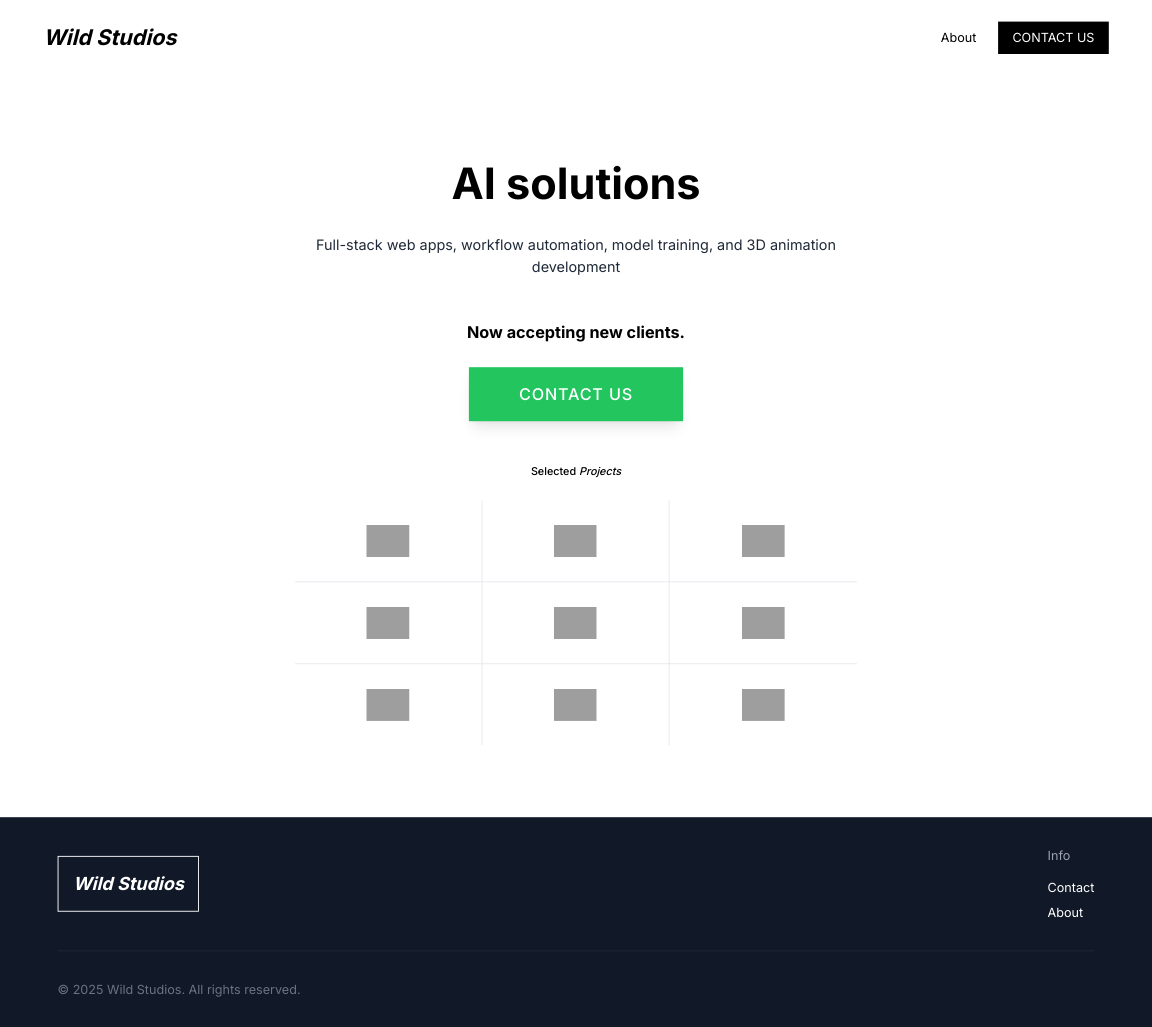
Repository: wpulier/wildstudio
Page: /
The author's editor kept a copy of each file at every save. The page is drawn from the files as they stood at one save, then again after the next save.
The browser window is 1280 px wide. The pictures show the whole page, at 90% of full size.
Pictures or frames that could not be fetched are drawn as grey boxes. The project was rebuilt for these pictures with package versions that can differ from the ones it lists, and the page was loaded fresh each time. The framework's server and built-in components were replaced by stand-ins that run in the browser. Also part of the build but not shown: next.config.mjs.

Above is the page before, as saved 2025-03-01 14:06:33.

### src/app/layout.tsx
import type { Metadata } from "next";
import { Inter } from "next/font/google";
import "./globals.css";
import Footer from "./components/Footer";
import Navigation from "./components/Navigation";

const inter = Inter({ subsets: ["latin"] });

export const metadata: Metadata = {
  title: "Wild Studios | Design for the Digital Age",
  description: "Wild Studios designs products for the future. From digital interfaces to brand identities to immersive apps.",
};

export default function RootLayout({
  children,
}: Readonly<{
  children: React.ReactNode;
}>) {
  return (
    <html lang="en">
      <body className={inter.className}>
        <div className="flex flex-col min-h-screen">
          <Navigation />
          <main className="flex-grow mb-8">
            {children}
          </main>
          <Footer />
        </div>
      </body>
    </html>
  );
}

### src/app/page.tsx
import Link from 'next/link';
import { projects } from '@/data/projects';

export default function Home() {
  return (
    <>
      {/* Hero Section */}
      <section className="flex flex-col items-center justify-center text-center px-4 mt-12 md:mt-24">
        <h1 className="text-3xl md:text-5xl font-bold max-w-3xl">
          AI solutions
        </h1>

        <p className="mt-6 md:mt-8 max-w-2xl text-center text-sm md:text-base text-gray-800">
          Full-stack web apps, workflow automation, model training, and 3D animation development
        </p>

        {/* CTA Section */}
        <div className="mt-12 max-w-2xl mx-auto">
          <p className="mb-6 font-bold text-lg">Now accepting new clients.</p>
          <Link
            href="/contact"
            className="inline-block bg-green-500 hover:bg-green-600 text-white py-4 px-14 uppercase tracking-wider text-base md:text-lg font-medium transition-colors duration-200 shadow-lg hover:shadow-xl"
          >
            CONTACT US
          </Link>
        </div>
      </section>

      {/* Projects Grid Section */}
      <section className="px-4 md:px-6 py-8 md:py-12 mx-auto w-full max-w-2xl">
        <h2 className="text-xs font-medium text-center mb-6">
          Selected <span className="italic">Projects</span>
        </h2>

        {/* Project Grid */}
        <div className="mx-auto">
          <div className="grid grid-cols-3 mx-auto">
            {projects.map((project, index) => {
              // Calculate border classes based on position
              const isRightBorder = index % 3 !== 2; // Not last in row
              const isBottomBorder = index < 6; // Not in bottom row

              return (
                <Link
                  key={index}
                  href={`/projects/${project.slug}`}
                  className={`
                    block
                    ${isRightBorder ? 'border-r border-gray-200' : ''}
                    ${isBottomBorder ? 'border-b border-gray-200' : ''}
                  `}
                >
                  <div className="h-[90px] w-full flex justify-center items-center group">
                    <img
                      src={project.logo}
                      alt={project.name}
                      className="w-[40%] h-[40%] object-contain transition-transform duration-200
                               group-hover:scale-110"
                    />
                  </div>
                </Link>
              );
            })}
          </div>
        </div>
      </section>
    </>
  );
}

### src/app/globals.css
@tailwind base;
@tailwind components;
@tailwind utilities;

:root {
  --foreground-rgb: 0, 0, 0;
  --background-rgb: 255, 255, 255;
}

body {
  color: rgb(var(--foreground-rgb));
  background: rgb(var(--background-rgb));
}

a {
  transition: color 0.2s ease;
}

button {
  transition: opacity 0.2s ease;
}

button:hover {
  opacity: 0.9;
}

### src/app/components/Footer.tsx
import Link from 'next/link';

export default function Footer() {
  return (
    <footer className="bg-gray-900 text-white py-6 md:py-8 px-4 md:px-12">
      <div className="max-w-6xl mx-auto">
        <div className="flex flex-col md:flex-row md:justify-between md:items-center">
          {/* Logo */}
          <div className="mb-6 md:mb-0">
            <div className="border border-white p-3 md:p-4 inline-block">
              <span className="text-lg md:text-xl italic font-bold">Wild Studios</span>
            </div>
          </div>

          {/* Simplified Navigation */}
          <div>
            <h4 className="text-xs md:text-sm text-gray-400 mb-2 md:mb-4">Info</h4>
            <ul className="space-y-1 md:space-y-2 text-sm">
              <li><Link href="/contact" className="hover:underline">Contact</Link></li>
              <li><Link href="/about" className="hover:underline">About</Link></li>
            </ul>
          </div>
        </div>

        <div className="mt-6 md:mt-8 pt-4 md:pt-8 border-t border-gray-800 text-xs md:text-sm text-gray-500">
          © {new Date().getFullYear()} Wild Studios. All rights reserved.
        </div>
      </div>
    </footer>
  );
}

### src/app/components/Navigation.tsx
import Link from 'next/link';

export default function Navigation() {
  return (
    <header className="flex justify-between items-center py-4 md:py-6 px-4 md:px-12">
      <Link href="/" className="text-xl md:text-2xl font-bold italic">
        Wild Studios
      </Link>
      <nav className="flex items-center space-x-3 md:space-x-6">
        <Link href="/about" className="text-sm hover:underline">About</Link>
        <Link href="/contact" className="text-sm bg-black text-white px-3 py-1.5 md:px-4 md:py-2">
          CONTACT US
        </Link>
      </nav>
    </header>
  );
}

### src/data/projects.ts
export interface Project {
  name: string;
  slug: string;
  logo: string;
  description: string;
}

export const projects: Project[] = [
  {
    name: "Spotify",
    slug: "spotify",
    logo: "https://upload.wikimedia.org/wikipedia/commons/thumb/8/84/Spotify_icon.svg/232px-Spotify_icon.svg.png",
    description: "Redesigning the listening experience"
  },
  {
    name: "Adobe",
    slug: "adobe",
    logo: "https://upload.wikimedia.org/wikipedia/commons/thumb/8/8d/Adobe_Corporate_Logo.png/220px-Adobe_Corporate_Logo.png",
    description: "Reimagining creative tools"
  },
  {
    name: "Tesla",
    slug: "tesla",
    logo: "https://upload.wikimedia.org/wikipedia/commons/thumb/b/bd/Tesla_Motors.svg/220px-Tesla_Motors.svg.png",
    description: "Future of automotive interfaces"
  },
  {
    name: "Airbnb",
    slug: "airbnb",
    logo: "https://upload.wikimedia.org/wikipedia/commons/thumb/6/69/Airbnb_Logo_B%C3%A9lo.svg/220px-Airbnb_Logo_B%C3%A9lo.svg.png",
    description: "Revolutionizing travel experiences"
  },
  {
    name: "Apple",
    slug: "apple",
    logo: "https://upload.wikimedia.org/wikipedia/commons/thumb/f/fa/Apple_logo_black.svg/220px-Apple_logo_black.svg.png",
    description: "Designing next-gen devices"
  },
  {
    name: "Slack",
    slug: "slack",
    logo: "https://upload.wikimedia.org/wikipedia/commons/thumb/d/d5/Slack_icon_2019.svg/220px-Slack_icon_2019.svg.png",
    description: "Transforming workplace communication"
  },
  {
    name: "Netflix",
    slug: "netflix",
    logo: "https://upload.wikimedia.org/wikipedia/commons/thumb/0/08/Netflix_2015_logo.svg/220px-Netflix_2015_logo.svg.png",
    description: "Reimagining streaming experiences"
  },
  {
    name: "Google",
    slug: "google",
    logo: "https://upload.wikimedia.org/wikipedia/commons/thumb/2/2f/Google_2015_logo.svg/220px-Google_2015_logo.svg.png",
    description: "Creating the search of tomorrow"
  },
  {
    name: "Twitter",
    slug: "twitter",
    logo: "https://upload.wikimedia.org/wikipedia/commons/thumb/6/6f/Logo_of_Twitter.svg/220px-Logo_of_Twitter.svg.png",
    description: "Redefining social conversations"
  }
];

### tailwind.config.js
/** @type {import('tailwindcss').Config} */
module.exports = {
  content: [
    "./src/app/**/*.{js,ts,jsx,tsx}",
    "./src/pages/**/*.{js,ts,jsx,tsx}",
    "./src/components/**/*.{js,ts,jsx,tsx}",
  ],
  theme: {
    extend: {},
  },
  plugins: [],
}

After the next save:
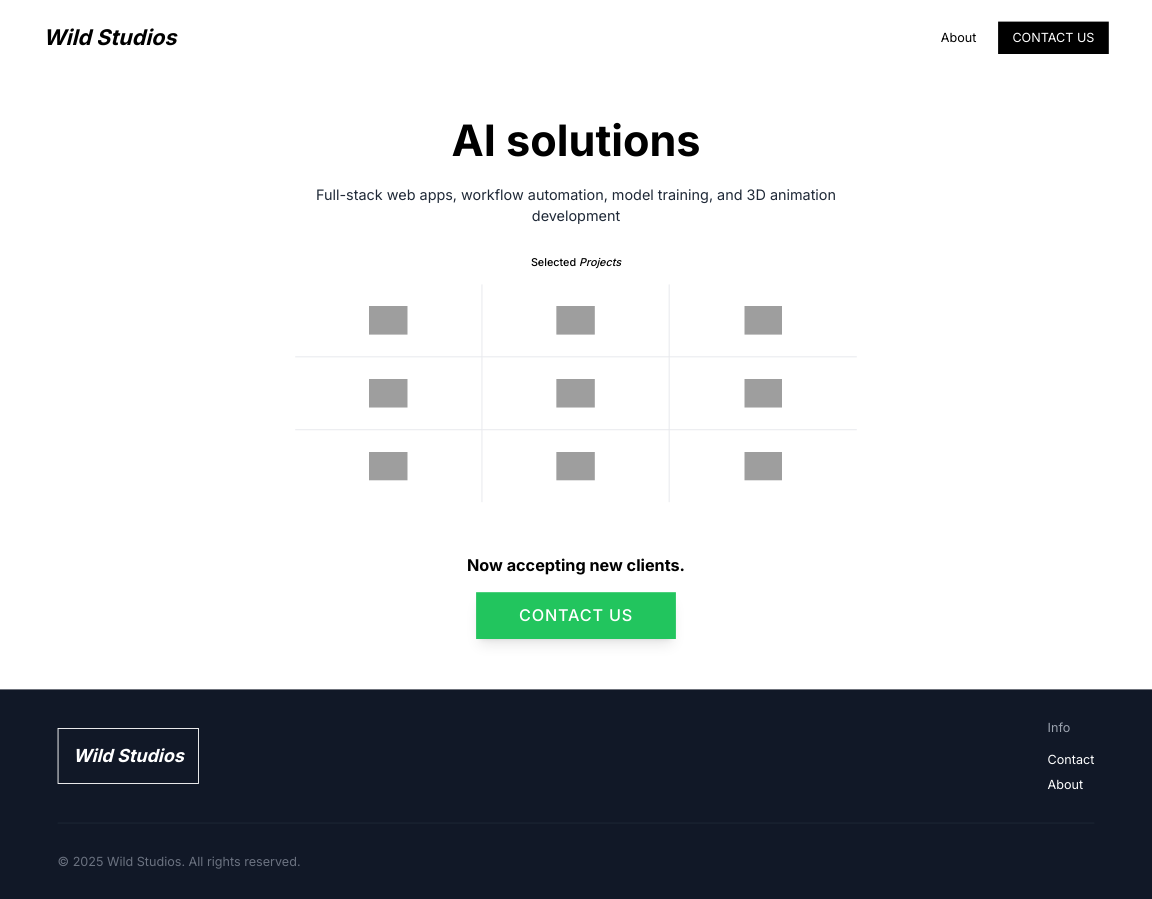
Saved 2 min 10 s later.
--- a/src/app/page.tsx
+++ b/src/app/page.tsx
@@ -4,41 +4,29 @@ import { projects } from '@/data/projects';
 export default function Home() {
   return (
     <>
-      {/* Hero Section */}
-      <section className="flex flex-col items-center justify-center text-center px-4 mt-12 md:mt-24">
+      {/* Hero Section - Reduced top margin */}
+      <section className="flex flex-col items-center justify-center text-center px-4 mt-8 md:mt-12">
         <h1 className="text-3xl md:text-5xl font-bold max-w-3xl">
           AI solutions
         </h1>
 
-        <p className="mt-6 md:mt-8 max-w-2xl text-center text-sm md:text-base text-gray-800">
+        <p className="mt-4 md:mt-6 max-w-2xl text-center text-sm md:text-base text-gray-800">
           Full-stack web apps, workflow automation, model training, and 3D animation development
         </p>
-
-        {/* CTA Section */}
-        <div className="mt-12 max-w-2xl mx-auto">
-          <p className="mb-6 font-bold text-lg">Now accepting new clients.</p>
-          <Link
-            href="/contact"
-            className="inline-block bg-green-500 hover:bg-green-600 text-white py-4 px-14 uppercase tracking-wider text-base md:text-lg font-medium transition-colors duration-200 shadow-lg hover:shadow-xl"
-          >
-            CONTACT US
-          </Link>
-        </div>
       </section>
 
-      {/* Projects Grid Section */}
-      <section className="px-4 md:px-6 py-8 md:py-12 mx-auto w-full max-w-2xl">
-        <h2 className="text-xs font-medium text-center mb-6">
+      {/* Projects Grid Section - Reduced padding */}
+      <section className="px-4 md:px-6 py-6 md:py-8 mx-auto w-full max-w-2xl">
+        <h2 className="text-xs font-medium text-center mb-4">
           Selected <span className="italic">Projects</span>
         </h2>
 
-        {/* Project Grid */}
+        {/* Project Grid - Made slightly more compact */}
         <div className="mx-auto">
           <div className="grid grid-cols-3 mx-auto">
             {projects.map((project, index) => {
-              // Calculate border classes based on position
-              const isRightBorder = index % 3 !== 2; // Not last in row
-              const isBottomBorder = index < 6; // Not in bottom row
+              const isRightBorder = index % 3 !== 2;
+              const isBottomBorder = index < 6;
 
               return (
                 <Link
@@ -50,7 +38,7 @@ export default function Home() {
                     ${isBottomBorder ? 'border-b border-gray-200' : ''}
                   `}
                 >
-                  <div className="h-[90px] w-full flex justify-center items-center group">
+                  <div className="h-[80px] w-full flex justify-center items-center group">
                     <img
                       src={project.logo}
                       alt={project.name}
@@ -64,6 +52,19 @@ export default function Home() {
           </div>
         </div>
       </section>
+
+      {/* CTA Section - Reduced top padding */}
+      <section className="py-6 px-4 text-center">
+        <div className="max-w-2xl mx-auto">
+          <p className="mb-4 font-bold text-lg">Now accepting new clients.</p>
+          <Link
+            href="/contact"
+            className="inline-block bg-green-500 hover:bg-green-600 text-white py-3 px-12 uppercase tracking-wider text-base md:text-lg font-medium transition-colors duration-200 shadow-lg hover:shadow-xl"
+          >
+            CONTACT US
+          </Link>
+        </div>
+      </section>
     </>
   );
 }
